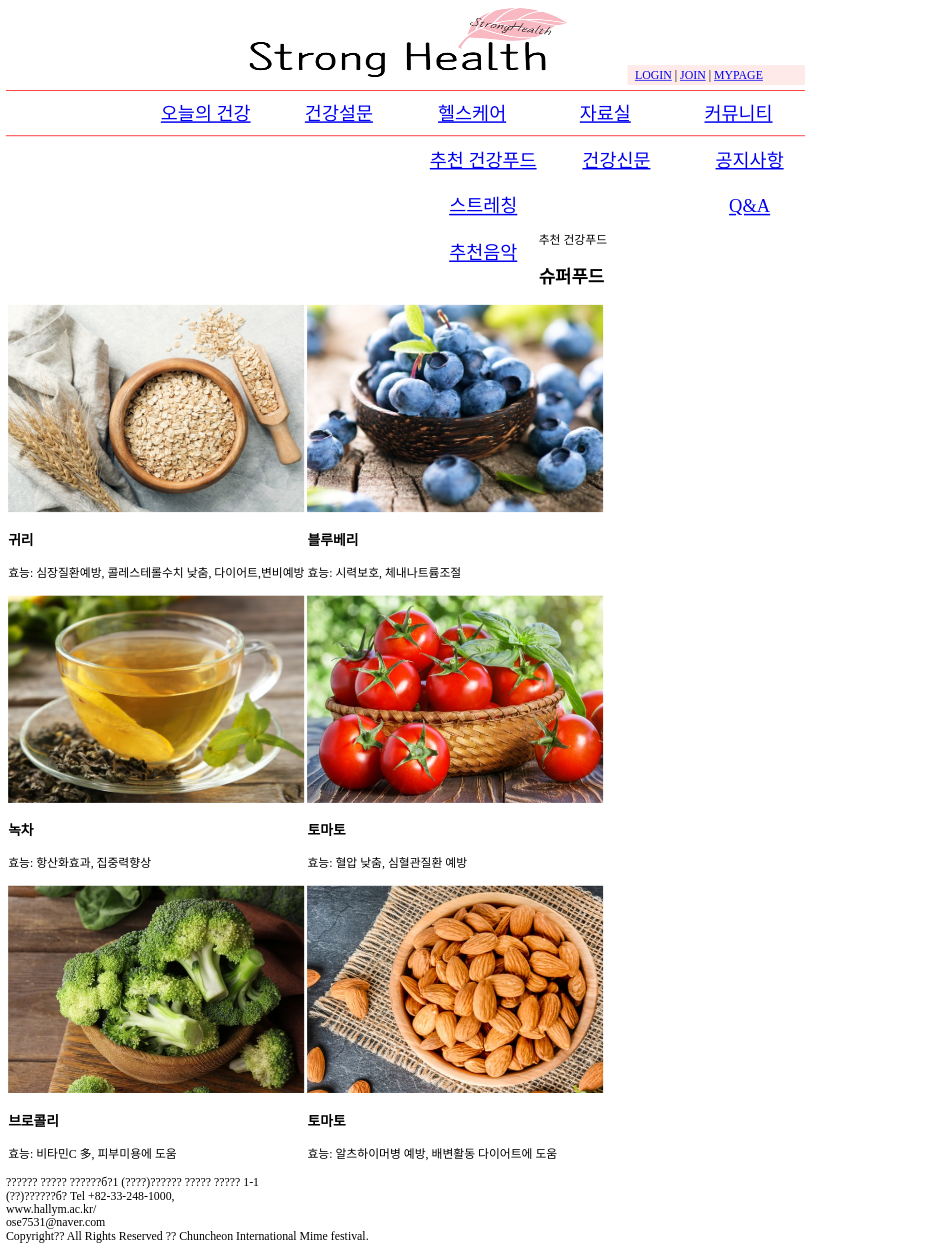
Repository: seeunOh/Webproject2018_StrongHealth
Page: http://localhost/StrongHealth/Healthcare_Food.jsp
These files come from the project's save history. The page is drawn as it stood at one moment and after the next save; the edit follows.
The browser window is 1280 px wide. The pictures show the whole page, at 74% of full size.
The page is served by Tomcat 9.

Above is the page before, as saved 2018-12-16 04:53:08.

After the next save:
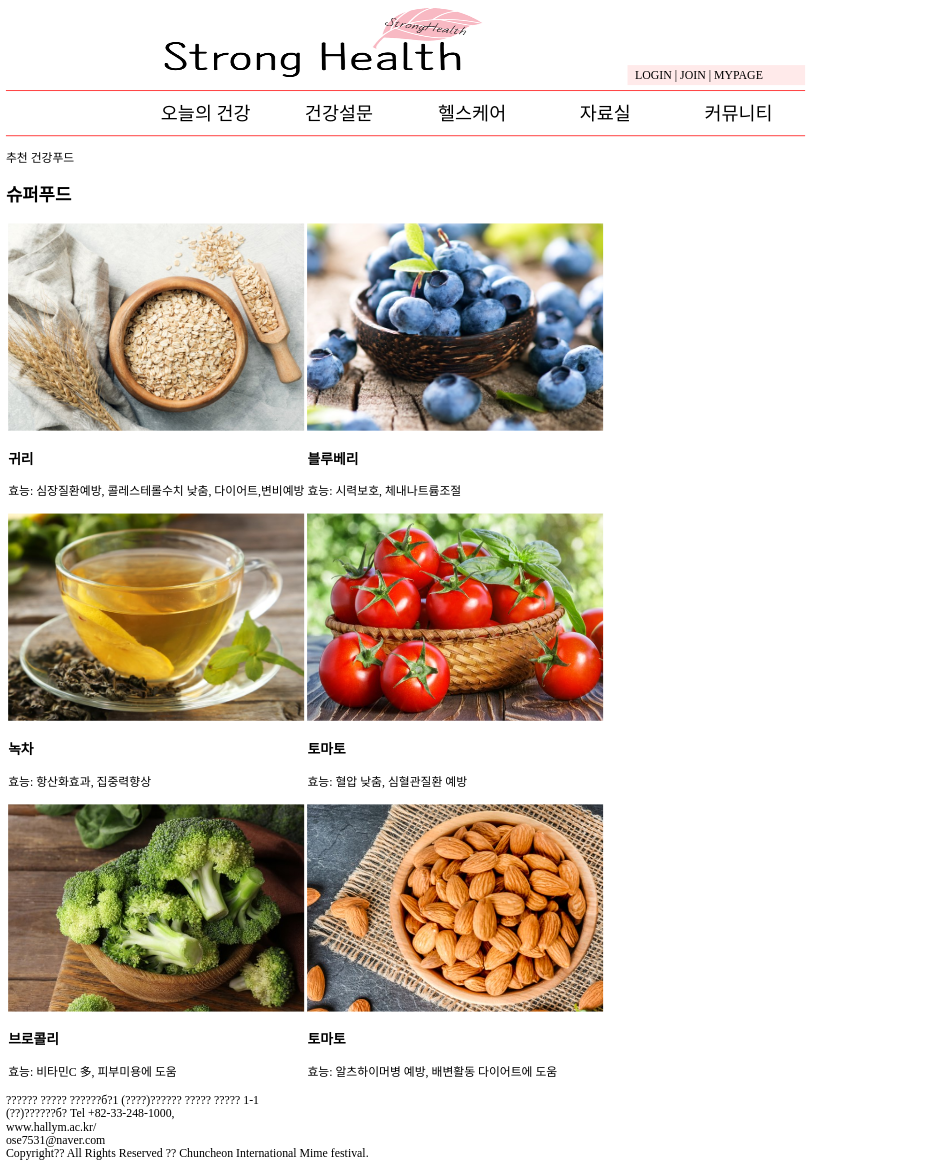
Saved 11 s later.
--- a/StrongHealth/WebContent/Header.css
+++ b/StrongHealth/WebContent/Header.css
@@ -1,63 +1,92 @@
-@charset "EUC-KR";
-
-body {
-	width: 1080px;
+body{
+width:1080px;
 }
 
-#Loheader {
-	width: 240px;
-	float: right;
-	heigth: 28px;
-	background: #FFEAEA;
-	margin: 80px 0px 0px 0px;
+#header{
+width:1080px;
+height:28px;
+background:#FFEAEA;
 }
 
-#log {
-	float: right;
-	width: 230px;
-	line-height: 1.7em;
+#Loheader{
+width:240px;
+float:right;
+heigth:28px;
+background: #FFEAEA;
+margin:80px 0px 0px 0px;
 }
 
-#mainlogo {
-	width: 1080px;
+#log{
+float:right;
+width:230px;
+line-height: 1.7em;
 }
 
-#mainlogo img {
-	margin: 0px 0px 0px 315px;
+#log a {
+font-size:16px;
+color: black;
+text-decoration:none;
 }
 
-#TM {
-	width: 1080px;
-	height: 60px;
-	border-top: 1px solid red;
-	border-bottom: 1px solid red;
-	font-size: 25px;
-	text-align: center;
-	margin: 10px 0px 10px 0px;
-	line-height: 1.6em;
+#log a:hover {
+text-decoration:underline;
+}
+
+
+#mainlogo{
+width:1080px;
+background: ;
+}
+#mainlogo img{
+margin:0px 0px 0px 200px;
+}
+#nav{
+width:1080px;
+height:180px;
+}
+#logo{
+float:left;
+width:1080px;
+background:#FFEAEA;
+
+}
+#search{
+width:750px;
+height:100px;
+float:right;
+background:red;
+}
+#TM{
+width:1080px;
+height:60px;
+border-top:1px solid red; border-bottom:1px solid red;
+font-size:25px;
+text-align:center;
+margin:10px 0px 10px 0px;
+line-height: 1.6em;
 }
 
 #TM ul {
-	list-style: none;
-	padding: 0px 0;
-	margin: 0px;
+   list-style: none;
+   padding:0px 0;
+   margin: 0px;
+
+}
+#TM ul li {
+   float : left;
+   line-height : 2.5em;
+   position : relative;
+   width:150px;
+   padding: 0px 15px 0px 15px;
 }
 
-#TM ul li {
-	float: left;
-	line-height: 2.5em;
-	position: relative;
-	width: 150px;
-	padding: 0px 15px 0px 15px;
-}
-
-#menuLink {
+.menuLink {
    text-decoration:none;
    display: block;
    width: 150px;
    color:black;
 }
-#submenu {
+.submenu {
    position: absolute;
    display:none;
    overflow:hidden;
@@ -65,11 +94,11 @@ body {
    opacity:0.7;
    font-size:15px;
 }
-#topmenu:hover, #submenu{
+.topmenu:hover .submenu{
    display:block;
 }
 
-#submenu a {
+.submenu a {
    text-decoration : none;
    color : white;
 }
